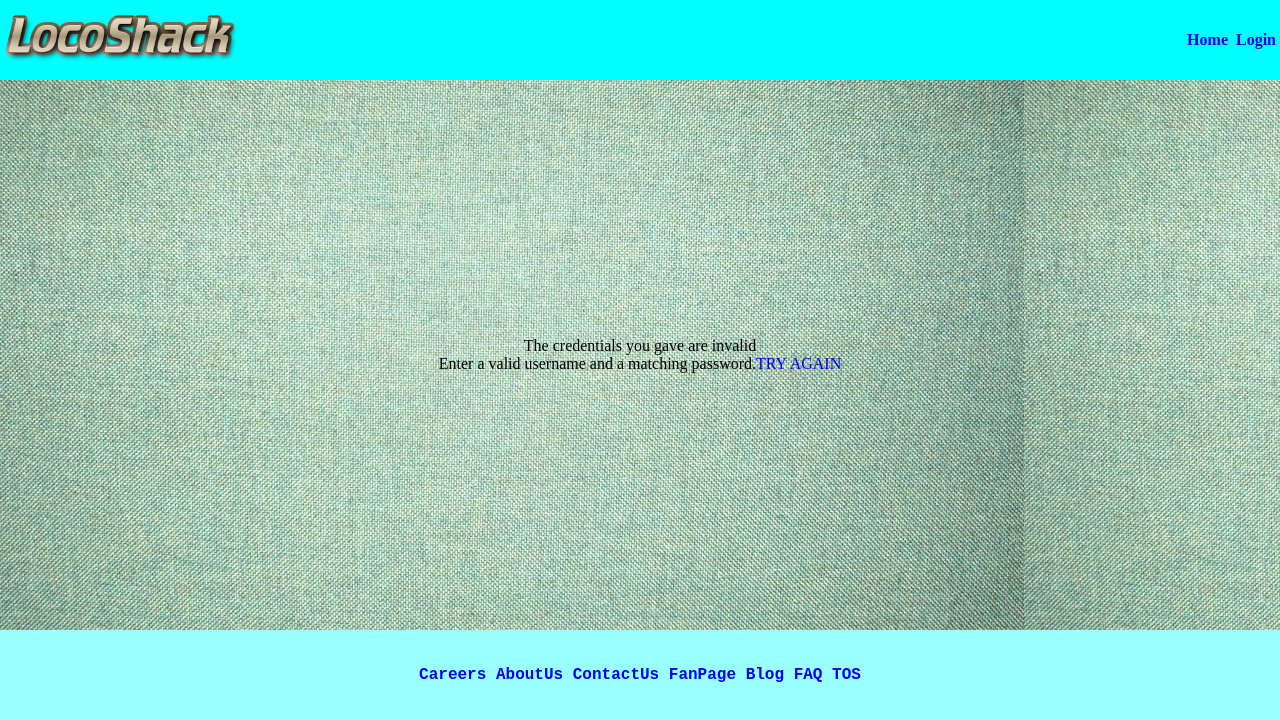
Repository: nicks707/LocoShack_TGMC-project
Page: http://localhost/ram/checklogin.jsp
An editor plug-in stored every save of this project. The page is shown before and after the next save, followed by the edit.
The browser window is 1280 px wide. The pictures show the whole page.
The page is served by Tomcat 9. Other server files are loaded and not shown. Queries for data that is not in the repository find no rows.

Above is the page before, as saved 2012-03-20 12:31:26.

### ram/WebContent/checklogin.jsp
<%@ page language="java" import="java.sql.*" contentType="text/html; charset=ISO-8859-1"
    pageEncoding="ISO-8859-1"%>
<!DOCTYPE html PUBLIC "-//W3C//DTD HTML 4.01 Transitional//EN" "http://www.w3.org/TR/html4/loose.dtd">
<html>
<head>
<meta http-equiv="Content-Type" content="text/html; charset=ISO-8859-1">
<title>LocoShack-Response!</title>
<style>
html, body,table
{
  height: 100%;
}
</style>
</head>
<body style="margin-top:0px;margin-left:0px;margin-right:0px;">
<table width="100%" cellpadding="0px" cellspacing="0px" style=" background-image:url(images/Green-cloth-texture.jpg)">
<tr height="80px"><td><jsp:include page="header.jsp"></jsp:include></td></tr>
<tr height="100%"><td>
<%
String id=request.getParameter("id");
String pass=request.getParameter("pass");

try
{
	Class.forName("com.ibm.db2.jcc.DB2Driver");
	Connection con=DriverManager.getConnection("jdbc:db2://localhost:50000/GEO","db2admin","tgmc");
    Statement st=con.createStatement();
    ResultSet rs=st.executeQuery("select * from db2admin.usermap where un='"+id+"' and pwd='"+pass+"'");
    int count=0;
    while(rs.next()){
    count++;

                    }
    if(count==0)
    {
    %>
   <center> The credentials you gave are invalid<br/>
    Enter a valid username and a matching password.<a href="login.jsp">TRY AGAIN</a></center>
    <%
    }
    else
    {
    session.setAttribute("id",id);
    session.setAttribute("pass",pass);


    response.sendRedirect("accmain.jsp");

    }
}
catch(Exception e)
{
out.println("FATAL ERROR");
out.println(e);
}

%></td></tr>
<tr height="50px"><td><jsp:include page="footer.jsp"></jsp:include></td></tr>
</table>
</body>
</html>

### ram/WebContent/header.jsp
<%@ page language="java" contentType="text/html; charset=ISO-8859-1"
    pageEncoding="ISO-8859-1"%>
<!DOCTYPE html PUBLIC "-//W3C//DTD HTML 4.01 Transitional//EN" "http://www.w3.org/TR/html4/loose.dtd">
<html>
<head>
<meta http-equiv="Content-Type" content="text/html; charset=ISO-8859-1">
<title>Insert title here</title>
<style>
a{text-decoration: none;}
</style>
</head>
<body style="margin-top:0px;margin-left:0px;margin-right:0px">



<table bgcolor="#00FFFF" width="100%" cellpadding="0" cellspacing="0">
<tr height="80px"><td>&nbsp;<a href="main.jsp"><img src="images/logo.png" border="0px" height="50px"></img></a></td><td>&nbsp;</td><td align="right"><b><a href="main.jsp">Home</a> <a href="login.jsp">&nbsp;Login&nbsp;</a><b></b></td></tr>
</table>


</body>

</body>
</html>

### ram/WebContent/footer.jsp
<%@ page language="java" contentType="text/html; charset=ISO-8859-1"
    pageEncoding="ISO-8859-1"%>
<!DOCTYPE html PUBLIC "-//W3C//DTD HTML 4.01 Transitional//EN" "http://www.w3.org/TR/html4/loose.dtd">
<html>
<head>
<meta http-equiv="Content-Type" content="text/html; charset=ISO-8859-1">
<title>Insert title here</title>
</head>
<style>
a{text-decoration:none;}
</style>
<body style="margin-top:0px;margin-left:0px;margin-right:0px;">
<table width=100% border="0px" cellpadding="0px" cellspacing="0px">
<tr    bgcolor="#99FFFF" style="height:90px;">
<td  colspan="3" width="100%"  align="center"> <font color="#330099" face="Courier New, Courier, monospace"><b><a href="careers.jsp">Careers</a> <a href="abtus.jsp">AboutUs</a> <a href="contact.jsp">ContactUs</a> <a href="http://www.facebook.com">FanPage</a> <a href="blog.jsp">Blog</a> <a href="faq.jsp">FAQ</a> <a href="tos.jsp">TOS</a></b></font></td>
</tr>


</table>

</body>
</html>

After the next save:
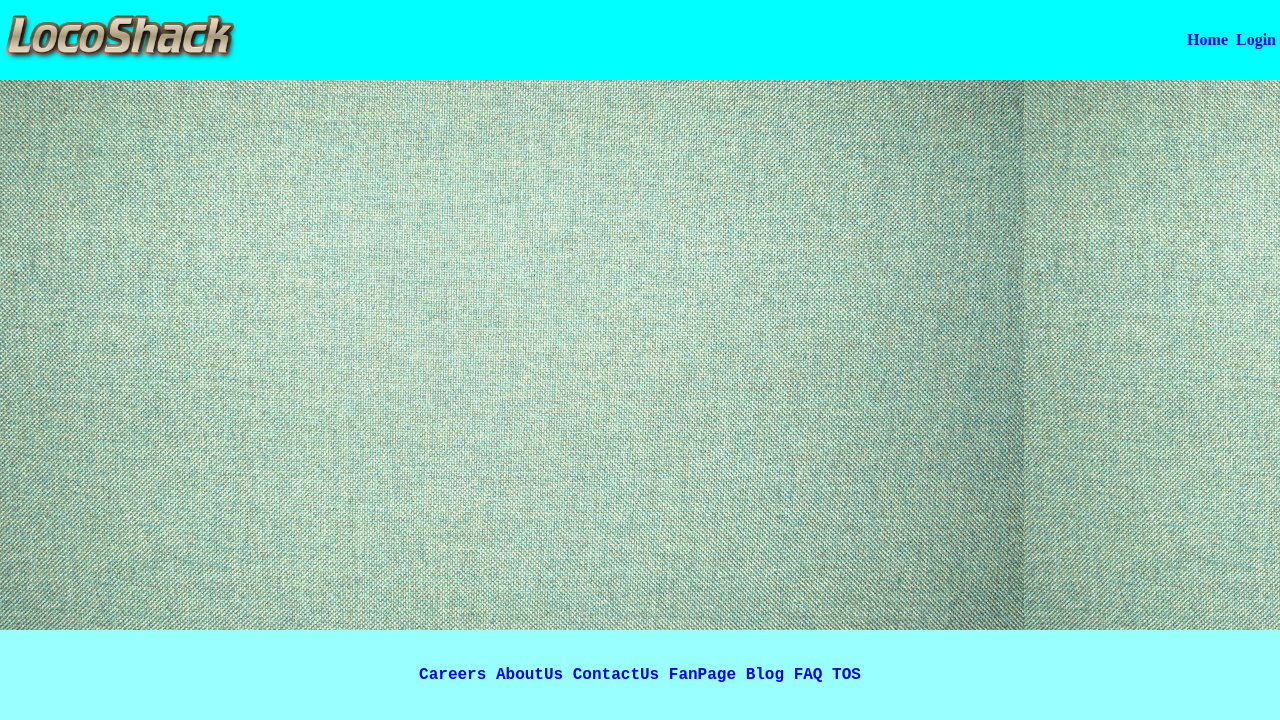
Saved 3 min 34 s later.
--- a/ram/WebContent/checklogin.jsp
+++ b/ram/WebContent/checklogin.jsp
@@ -30,7 +30,7 @@ try
     while(rs.next()){
     count++;
 
-                    }
+
     if(count==0)
     {
     %>
@@ -40,12 +40,14 @@ try
     }
     else
     {
+
     session.setAttribute("id",id);
     session.setAttribute("pass",pass);
 
 
     response.sendRedirect("accmain.jsp");
 
+    }
     }
 }
 catch(Exception e)
